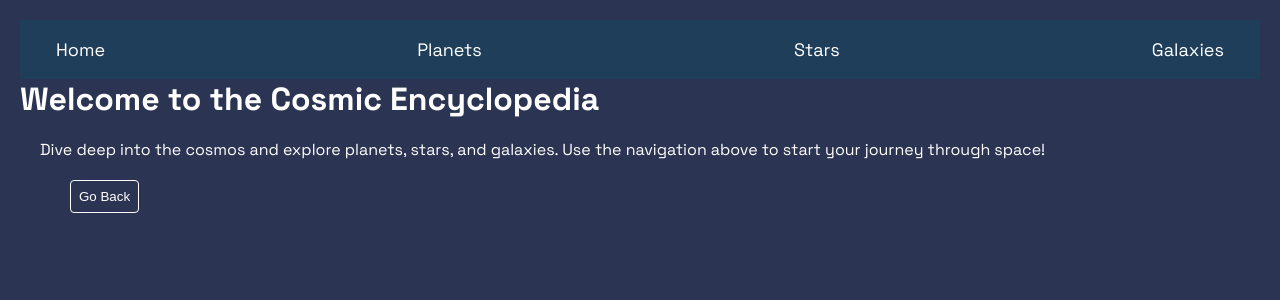
Repository: rmdayberry/Cosmic-Encyclopedia
Page: /
An editor plug-in stored every save of this project. The page is shown before and after the next save, followed by the edit.
The browser window is 1280 px wide. The pictures show the whole page.
The project was rebuilt for these pictures with package versions that can differ from the ones it lists, and the page was loaded fresh each time. Also part of the build but not shown: vite.config.js, src/data/celestialData.js, src/pages/ContentPage.jsx.

Above is the page before, as saved 2024-08-31 16:16:07.

After the next save:
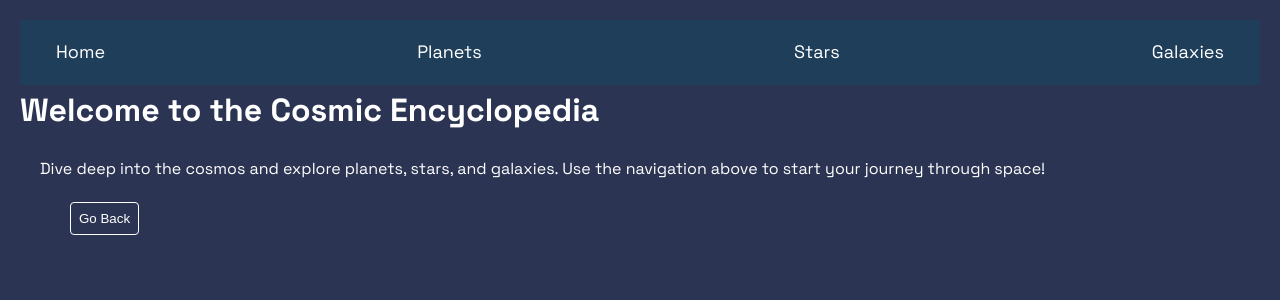
Saved 23 s later.
--- a/src/index.css
+++ b/src/index.css
@@ -12,6 +12,7 @@ body {
   font-family: "Space Grotesk", sans-serif;
   background-color: var(--secondary);
   color: white;
+  line-height: 1.6;
 }
 * {
   box-sizing: border-box;
